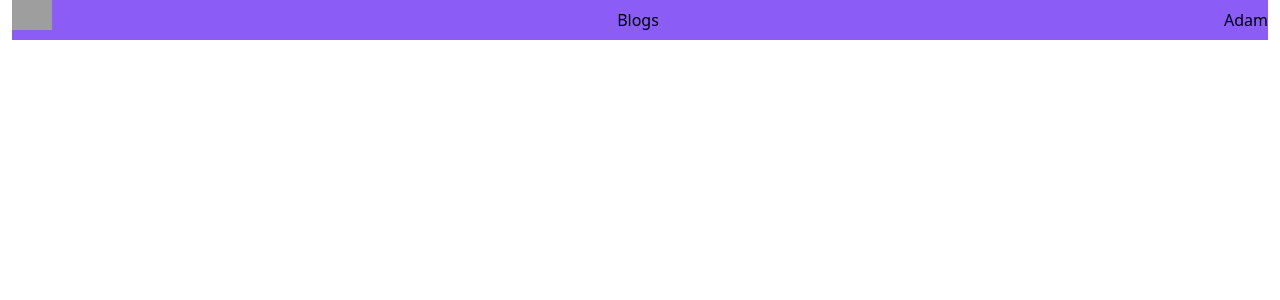
Repository: Lan-au-75/zv-app
Page: /
These files come from the project's save history. The page is drawn as it stood at one moment and after the next save; the edit follows.
The browser window is 1280 px wide. The pictures show the whole page.
Pictures or frames that could not be fetched are drawn as grey boxes. The project was rebuilt for these pictures with package versions that can differ from the ones it lists, and the page was loaded fresh each time. Also part of the build but not shown: vite.config.js.

Above is the page before, as saved 2023-12-13 10:46:05.

After the next save:
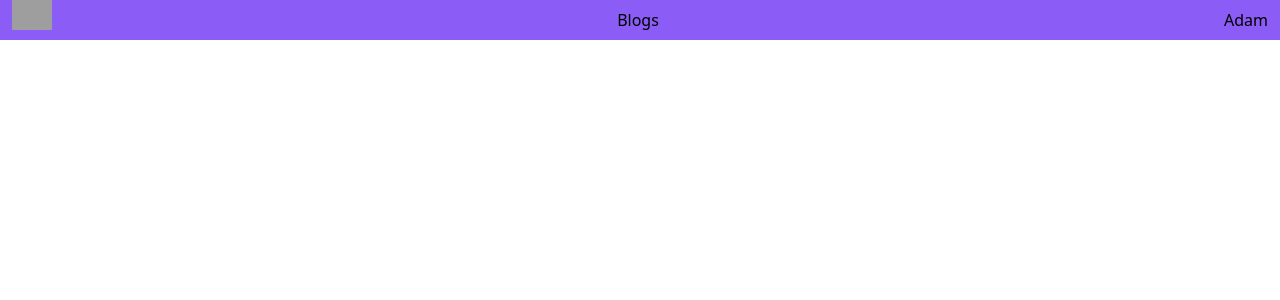
Saved 9 s later.
--- a/src/App.jsx
+++ b/src/App.jsx
@@ -1,7 +1,7 @@
 export default function App() {
     return (
-        <header>
-            <div className='flex items-center justify-between mx-3 bg-violet-500'>
+        <header className='bg-violet-500'>
+            <div className='flex items-center justify-between mx-3 '>
                 <div className='w-10 h-10 '>
                     <img
                         src='https://cdn.pixabay.com/photo/2020/07/21/02/07/facebook-5424833_960_720.png'
